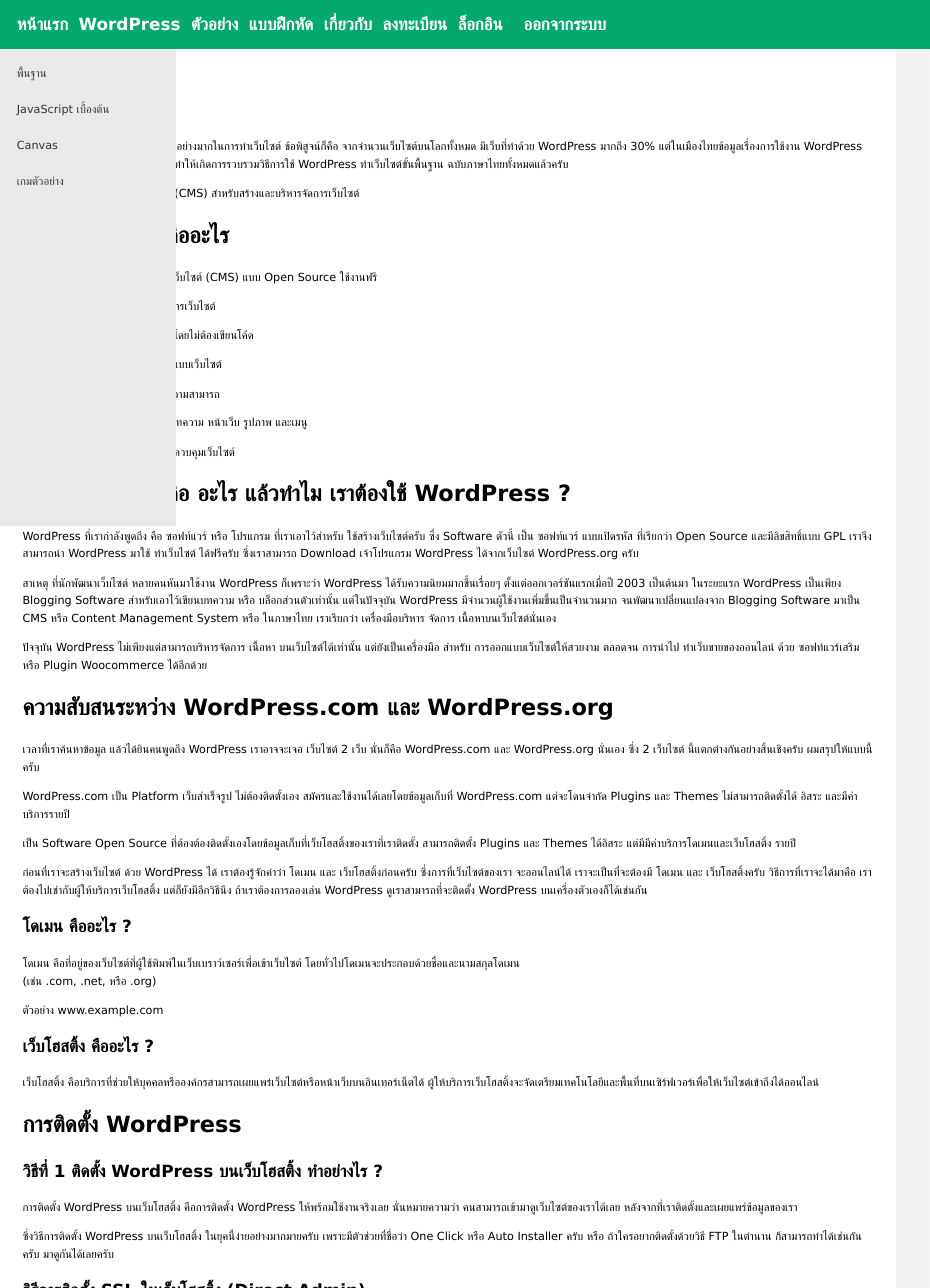
Repository: staggil/thesis
Page: lessons/intro.html
The author's editor kept a copy of each file at every save. The page is drawn from the files as they stood at one save, then again after the next save.
The browser window is 1280 px wide. The page is 1328 px wide, so the pictures cover 1328 px, including what lies to the right of the window. The pictures show the part of the page from y = 0 to 1840 px (the page is 2599 px tall before and 2881 px after), at 70% of full size.
The page's requests for data from a server got no answer.

Above is the page before, as saved 2025-12-16 04:58:56.

After the next save:
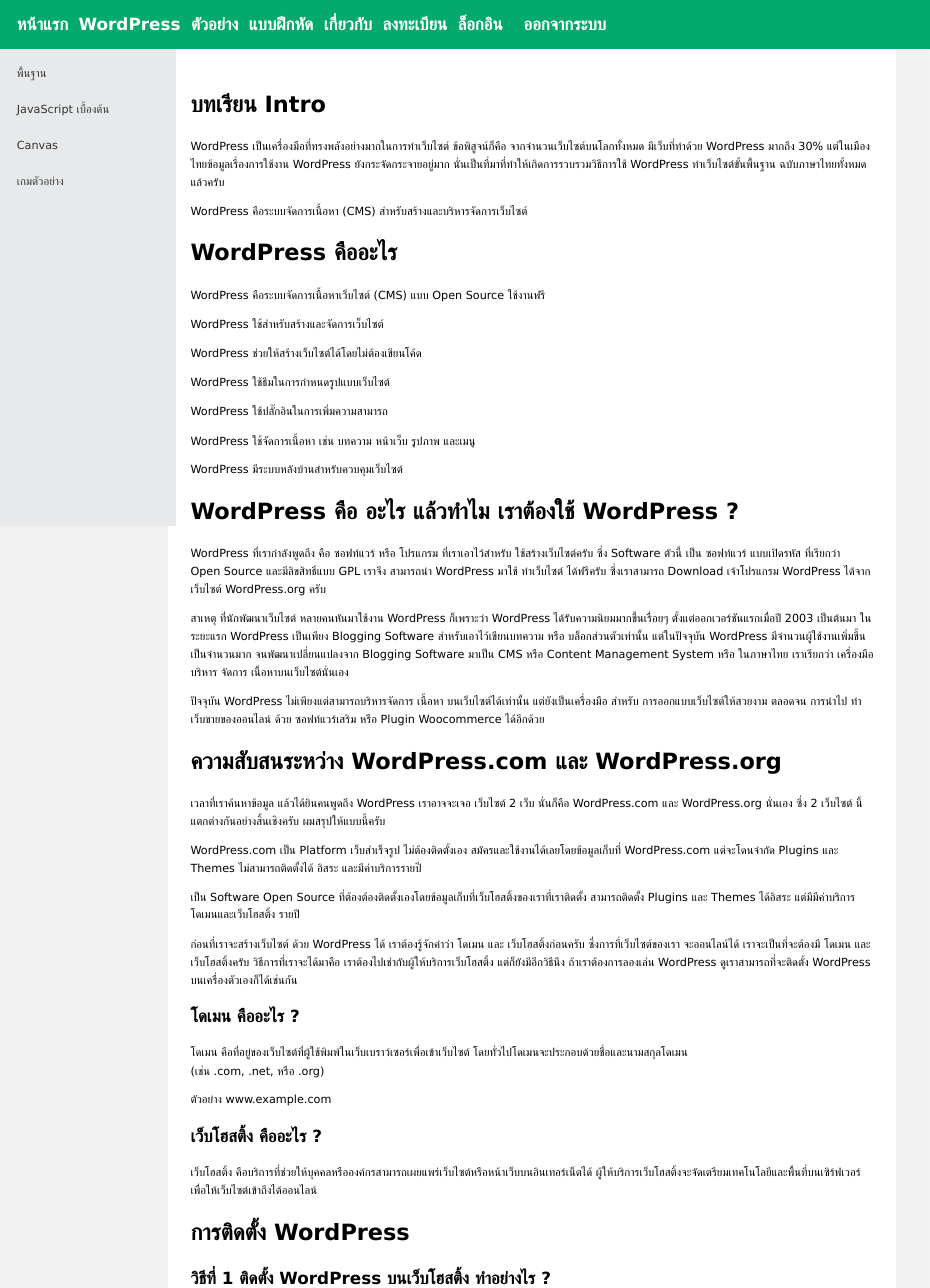
Saved 74 s later.
--- a/style.css
+++ b/style.css
@@ -85,8 +85,8 @@
     background-color: #fff;
     padding: 32px;
 
+    margin-left: 240px;
 
-    padding: 32px;
 
 }
 
